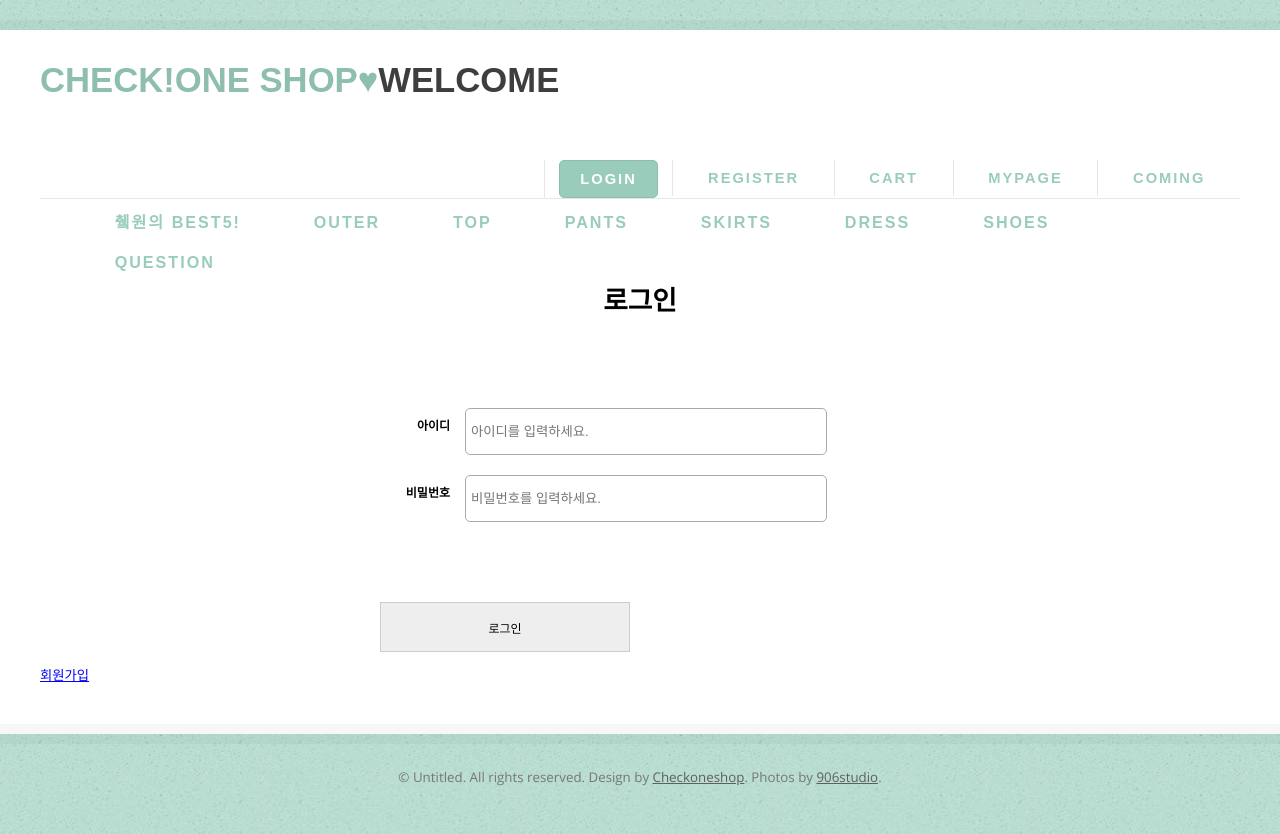
Repository: kch9870/CheckOneShoppingmall
Page: http://localhost/Shoppingmall/Login.jsp
The author's editor kept a copy of each file at every save. The page is drawn from the files as they stood at one save, then again after the next save.
The browser window is 1280 px wide. The pictures show the whole page.
Some web fonts or font styles are not loaded; a fallback is used. The page is served by Tomcat 9.

Above is the page before, as saved 2019-06-10 01:37:15.

After the next save:
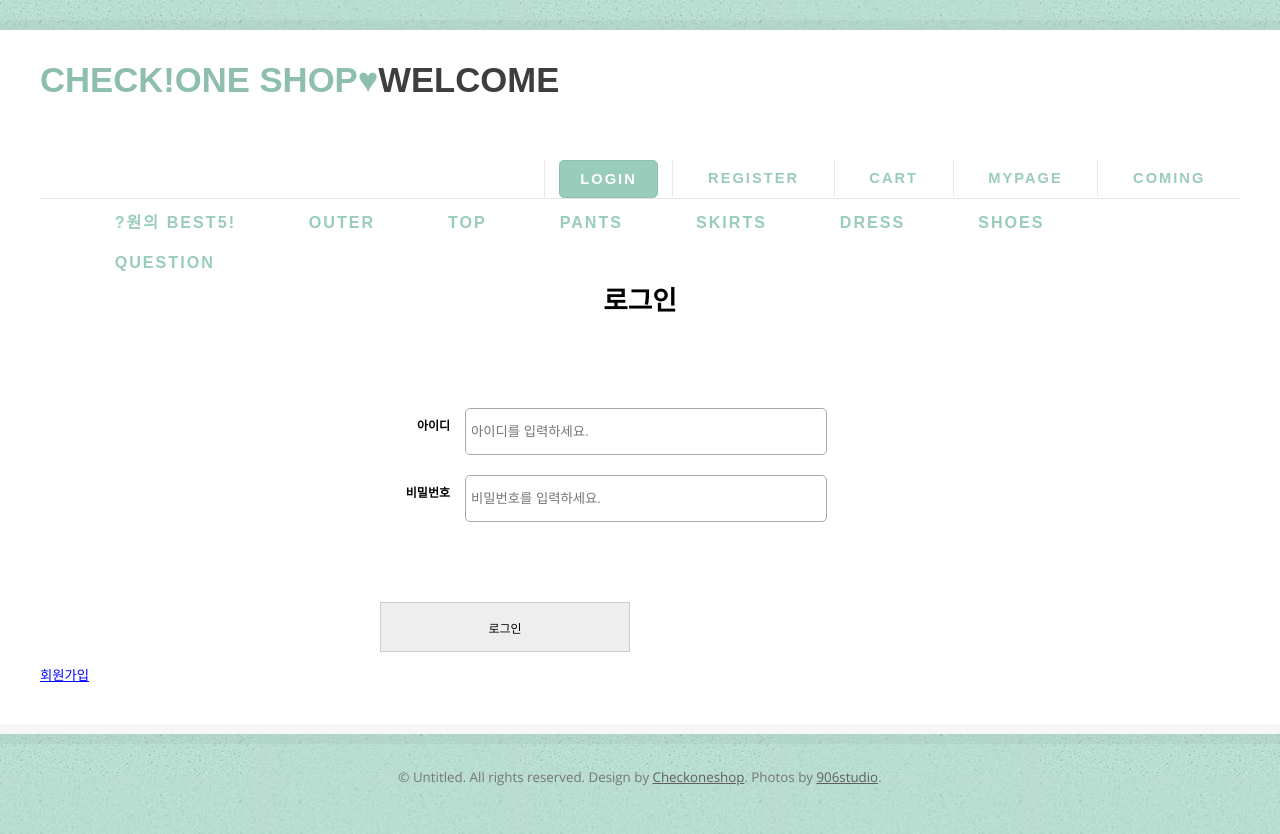
Saved 8 min 58 s later.
--- a/Shoppingmall/WebContent/Login.jsp
+++ b/Shoppingmall/WebContent/Login.jsp
@@ -1,4 +1,4 @@
-<%@ page language="java" contentType="text/html; charset=UTF-8"
+<%@ page language="java" contentType="text/html; charset=EUC-KR"
     pageEncoding="UTF-8"%>
 <!DOCTYPE html PUBLIC "-//W3C//DTD XHTML 1.0 Strict//EN" "http://www.w3.org/TR/xhtml1/DTD/xhtml1-strict.dtd">
 <head>
